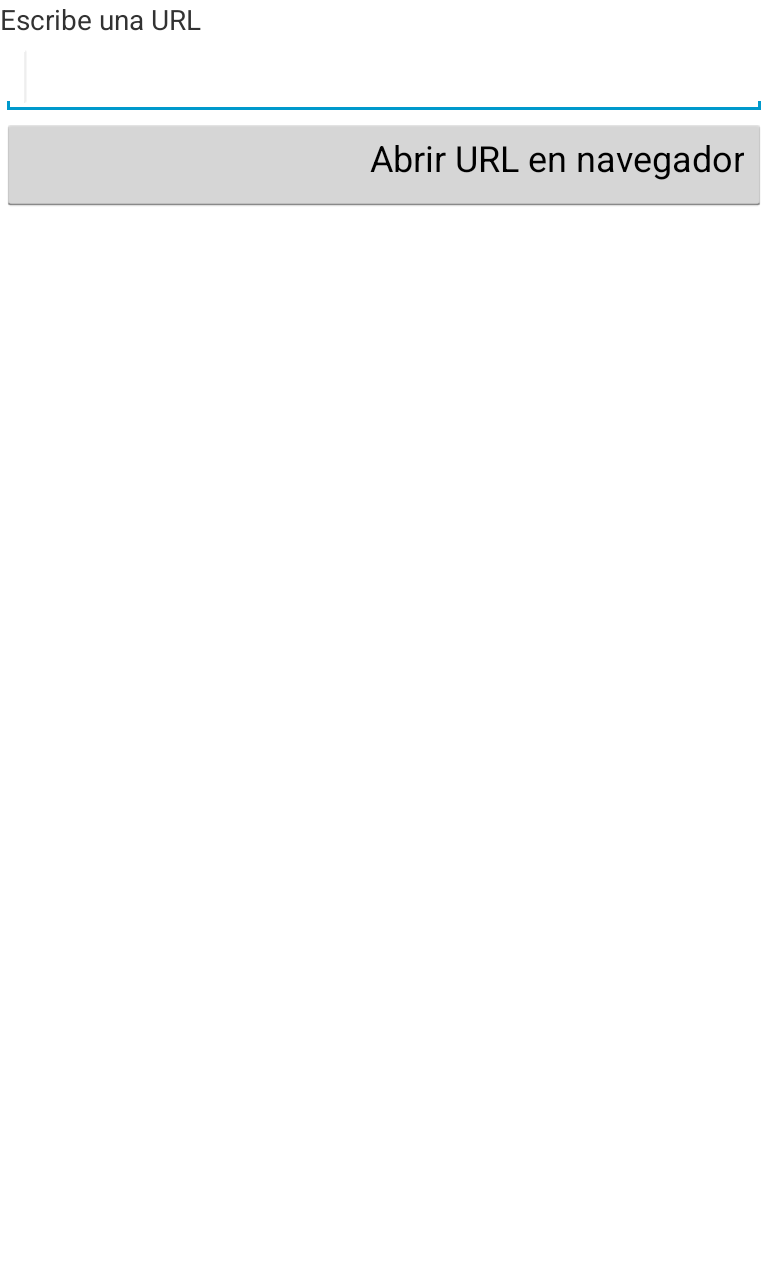
Repository: miguelcamposdev/cursoandroid
Layout: 01 Activities/MyCustomBrowser/res/layout/activity_prueba_url.xml
An editor plug-in stored every save of this project. The layout is shown before and after the next save, followed by the edit.
It is drawn on a 768 x 1280 px phone screen (xhdpi) without system bars, with theme AppTheme; the app's code is not run.

Above is the layout before, as saved 2014-11-12 16:06:32.

After the next save:
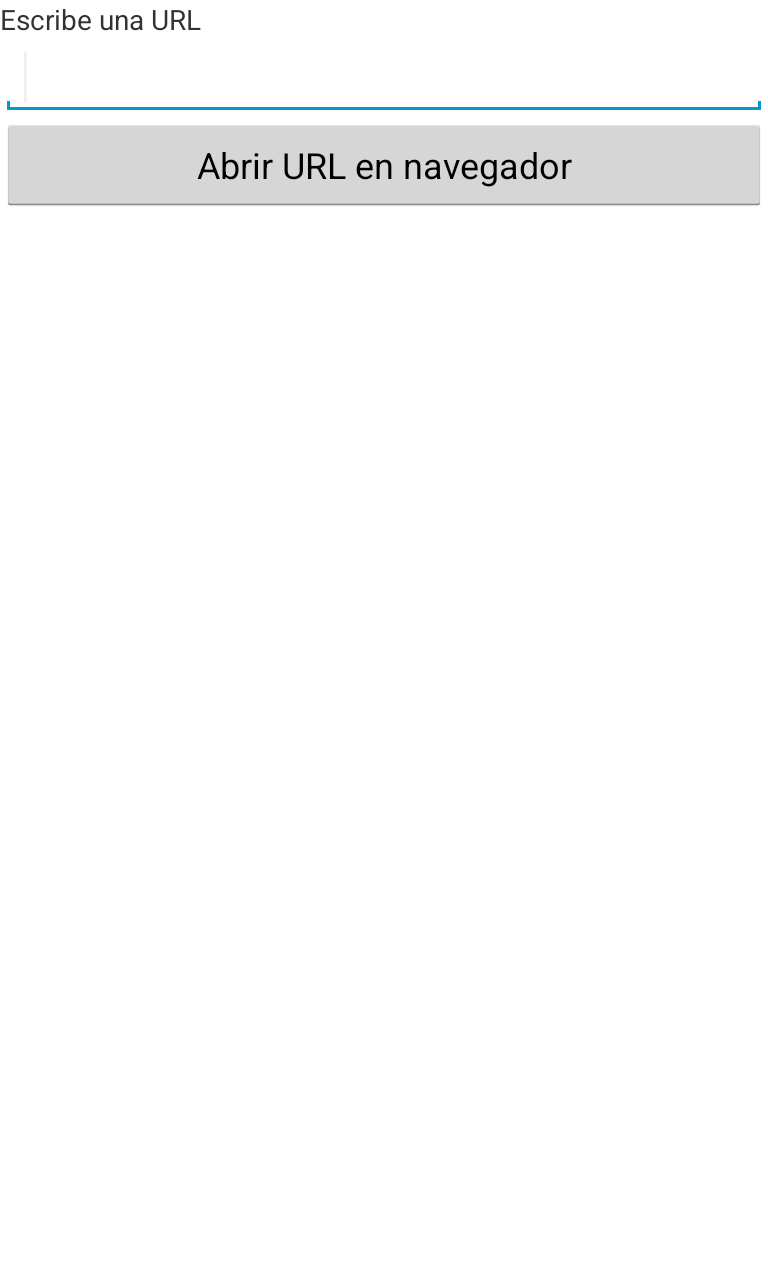
Saved 48 s later.
--- a/01 Activities/MyCustomBrowser/res/layout/activity_prueba_url.xml
+++ b/01 Activities/MyCustomBrowser/res/layout/activity_prueba_url.xml
@@ -26,7 +26,7 @@
         android:id="@+id/buttonOpenUrl"
         android:layout_width="match_parent"
         android:layout_height="wrap_content"
-        android:gravity="right"
+        android:gravity="center"
         android:layout_alignParentLeft="true"
         android:layout_below="@+id/editTextUrl"
         android:text="@string/btn_open_url" />
